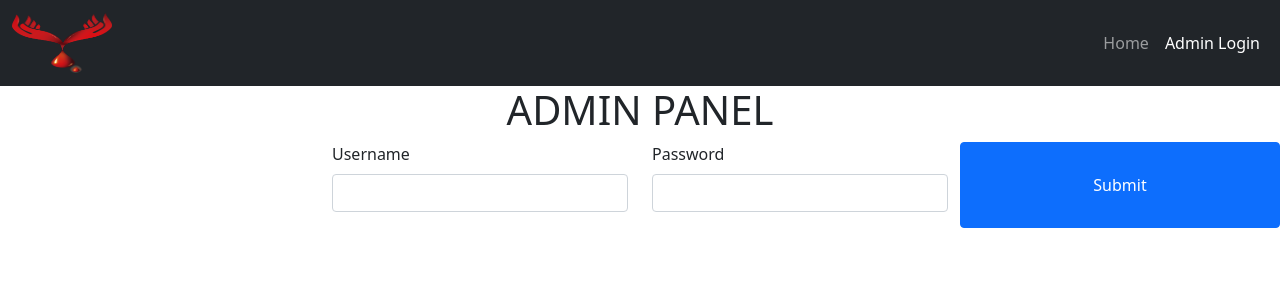
Repository: kshitizJ/Blood-Bank-Management-System-in-jsp
Page: http://localhost/Blood_Bank_Management_System/adminLogin.jsp
An editor plug-in stored every save of this project. The page is shown before and after the next save, followed by the edit.
The browser window is 1280 px wide. The pictures show the whole page.
The page is served by Tomcat 9.

Above is the page before, as saved 2021-04-27 18:27:58.

After the next save:
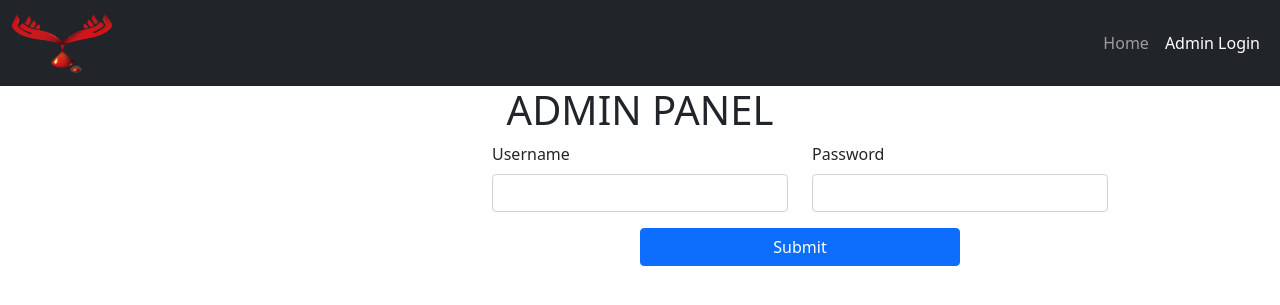
Saved 10 s later.
--- a/Blood Bank Management System/WebContent/adminLogin.jsp
+++ b/Blood Bank Management System/WebContent/adminLogin.jsp
@@ -47,7 +47,7 @@
 						<label for="pass" class="form-label">Password</label> <input
 							type="text" class="form-control" id="pass" name="pass">
 					</div>
-					<button type="submit" class="btn btn-primary col-3">Submit</button>
+					<button type="submit" class="btn btn-primary offset-md-3 col-3">Submit</button>
 				</form>
 			</div>
 		</div>
